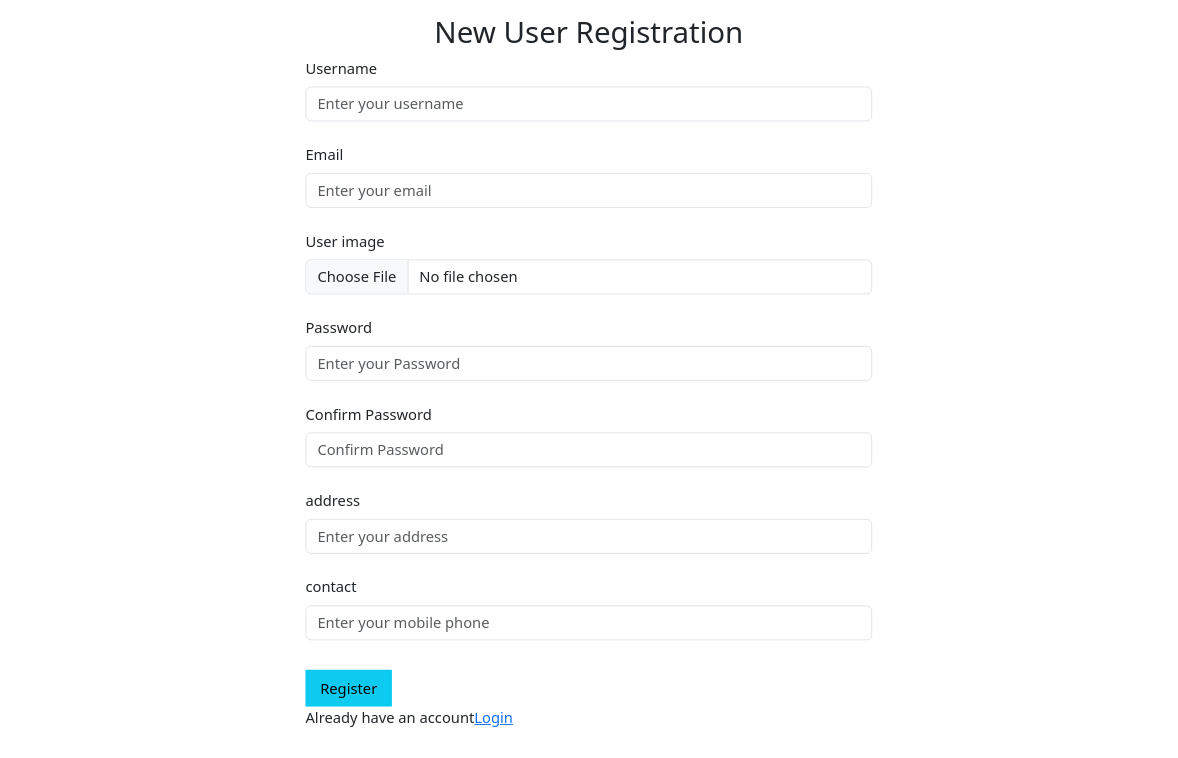
Repository: hahuuchinh2501/ecommerce_web
Page: http://localhost/users_area/user_registration.php
These files come from the project's save history. The page is drawn as it stood at one moment and after the next save; the edit follows.
The browser window is 1280 px wide. The pictures show the whole page, at 92% of full size.
The page is run by PHP 8.4 with error messages shown; the project is at /var/www/html/.

Above is the page before, as saved 2025-03-20 10:56:31.

After the next save:
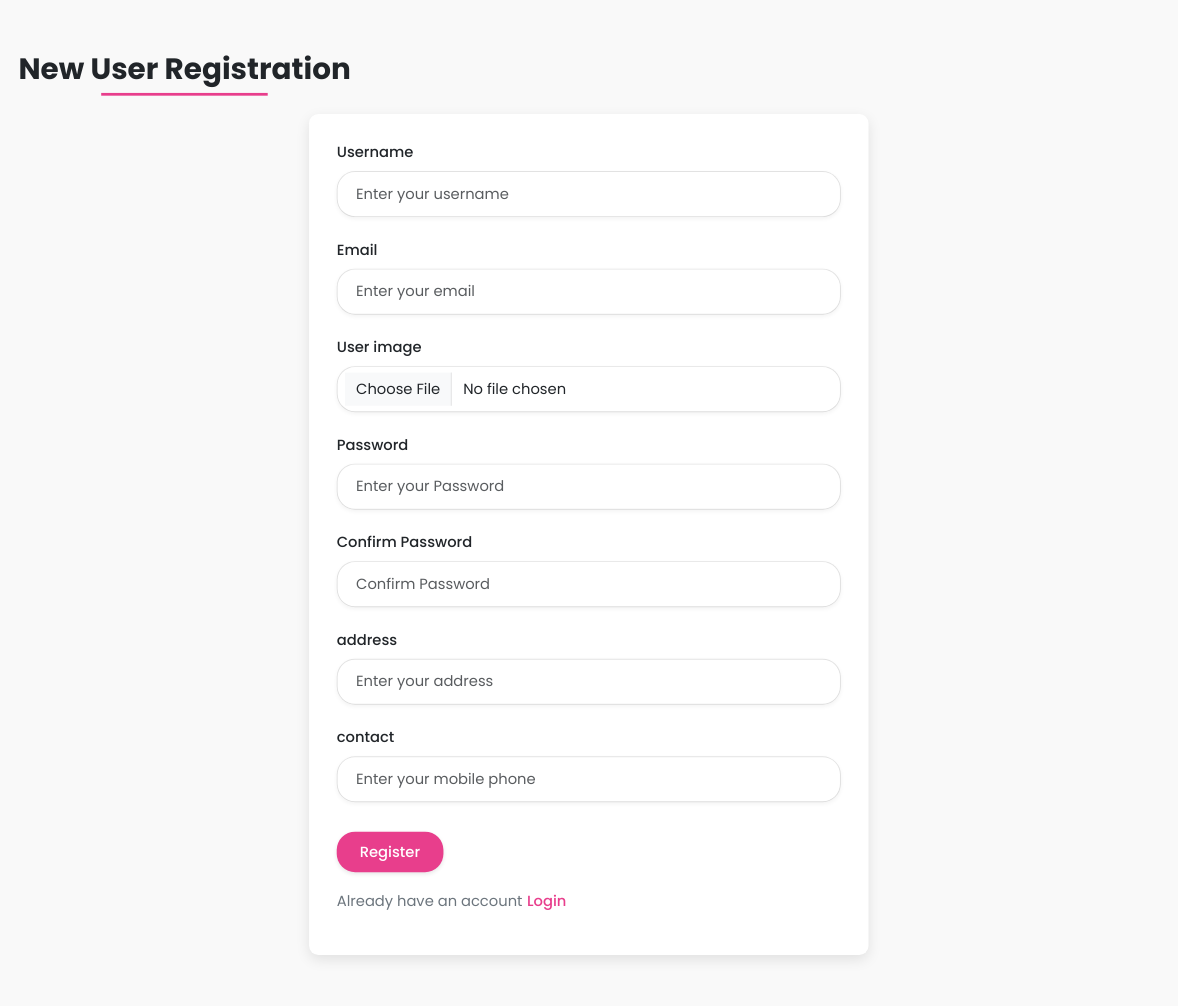
Saved 61 s later.
--- a/users_area/user_registration.php
+++ b/users_area/user_registration.php
@@ -10,10 +10,17 @@ include('../functions/common_function.php');
 <head>
     <meta charset="UTF-8">
     <meta name="viewport" content="width=device-width, initial-scale=1.0">
-    <title>Registration</title>
+    <title>Registration - Fashion Store</title>
     <link href="https://cdn.jsdelivr.net/npm/bootstrap@5.3.3/dist/css/bootstrap.min.css" rel="stylesheet"
         integrity="sha384-QWTKZyjpPEjISv5WaRU9OFeRpok6YctnYmDr5pNlyT2bRjXh0JMhjY6hW+ALEwIH" crossorigin="anonymous">
-    <link rel="stylesheet" href="style.css">
+    <link rel="stylesheet" href="https://cdnjs.cloudflare.com/ajax/libs/font-awesome/6.5.2/css/all.min.css"
+        integrity="sha512-SnH5WK+bZxgPHs44uWIX+LLJAJ9/2PkPKZ5QiAj6Ta86w+fsb2TkcmfRyVX3pBnMFcV7oQPJkl9QevSCWr3W6A=="
+        crossorigin="anonymous" referrerpolicy="no-referrer" />
+    <link rel="preconnect" href="https://fonts.googleapis.com">
+    <link rel="preconnect" href="https://fonts.gstatic.com" crossorigin>
+    <link href="https://fonts.googleapis.com/css2?family=Poppins:wght@300;400;500;600;700&display=swap" rel="stylesheet">
+    <link rel="stylesheet" href="../style.css">
+    <link rel="stylesheet" href="../user_registration.css">
 </head>
 
 <body>
